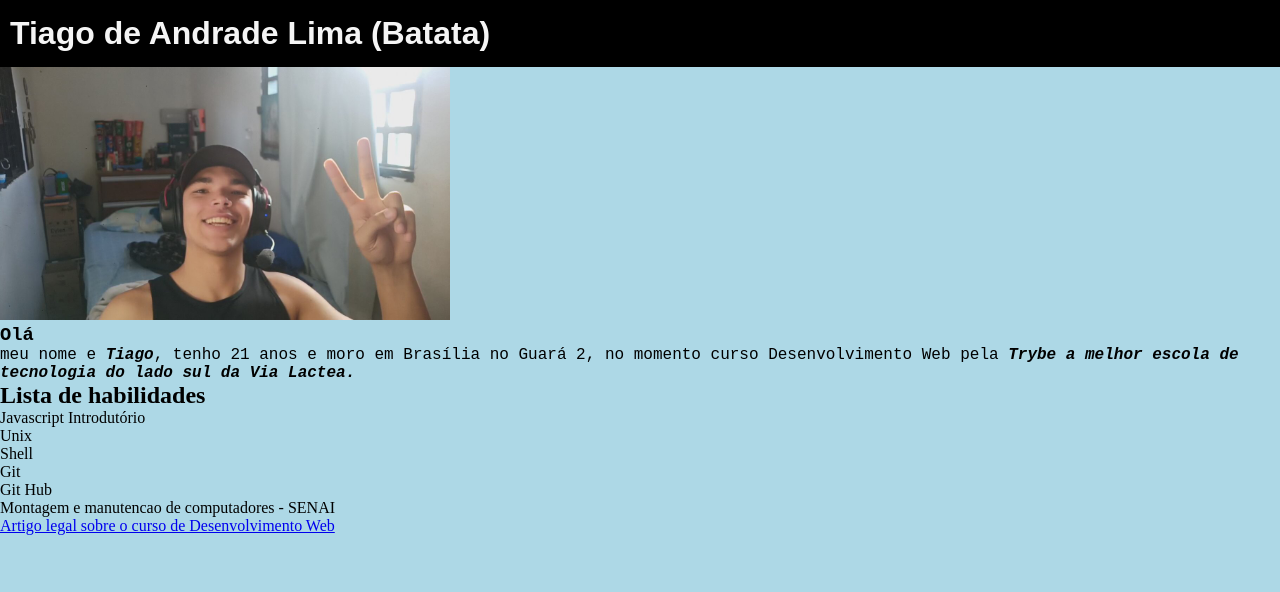
Repository: Batatiago/Batatiago.github.io
Page: index.html
These files come from the project's save history. The page is drawn as it stood at one moment and after the next save; the edit follows.
The browser window is 1280 px wide. The pictures show the whole page.

Above is the page before, as saved 2023-06-28 23:40:46.

### index.html
<!DOCTYPE html>
<html lang="pt-br">

<head>
  <meta charset="UTF-8">
  <title>Tiago de Andrade Lima</title>
  <link rel="stylesheet" href="style.css">
</head>

<body>
  <h1 class="meuNome"> Tiago de Andrade Lima (Batata)</h1>
  <div>
    <img src="2023-06-23-160707.jpg" alt="Imagem de Tiago" id="foto" width="450px">
    <h3>Olá</h3>
    <p class="descricao"> meu nome e <strong><em>Tiago</em></strong>, tenho 21 anos e moro em Brasília no Guará 2, no momento curso Desenvolvimento
      Web pela <strong><em>Trybe a melhor escola de tecnologia do lado sul da Via Lactea.</em></strong></p>
  </div>
  <h2>Lista de habilidades</h2>
  <ul>
    <li class="javascript">Javascript Introdutório</li>
    <li class="unix">Unix</li>
    <li class="shell">Shell</li>
    <li class="git">Git</li>
    <li class="gitHub">Git Hub</li>
    <li>Montagem e manutencao de computadores - SENAI</li>
  </ul>
  <a href="https://blog.betrybe.com/carreira/frontend/" target="_blank">Artigo legal sobre o curso de Desenvolvimento
    Web</a>
</body>

</html>

### style.css
* {
    background-color: lightblue;
    margin: 0;
    border: 0;
    padding: 0;
}

h3, p {
    font-family: 'Courier New', Courier, monospace;
}

.meuNome {
    font-family: sans-serif;
    background-color: black;
    color: whitesmoke;
    padding: 15px 10px;
}

After the next save:
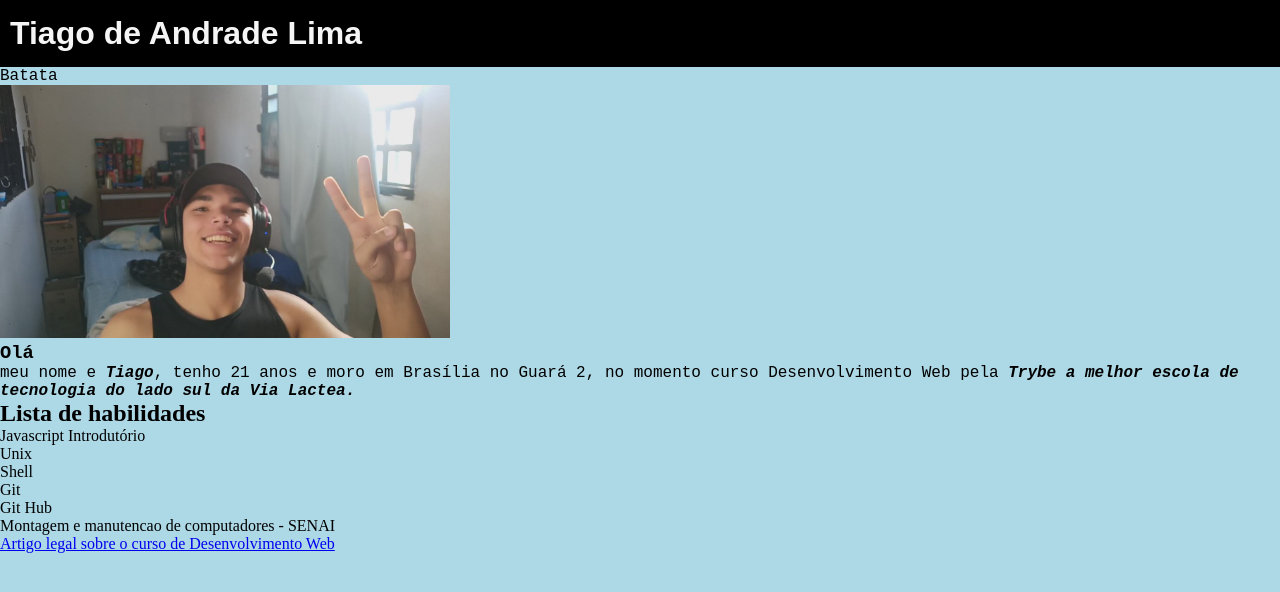
Saved 95 s later.
--- a/index.html
+++ b/index.html
@@ -8,7 +8,8 @@
 </head>
 
 <body>
-  <h1 class="meuNome"> Tiago de Andrade Lima (Batata)</h1>
+  <h1 class="meuNome"> Tiago de Andrade Lima</h1>
+  <p>Batata</p>
   <div>
     <img src="2023-06-23-160707.jpg" alt="Imagem de Tiago" id="foto" width="450px">
     <h3>Olá</h3>
